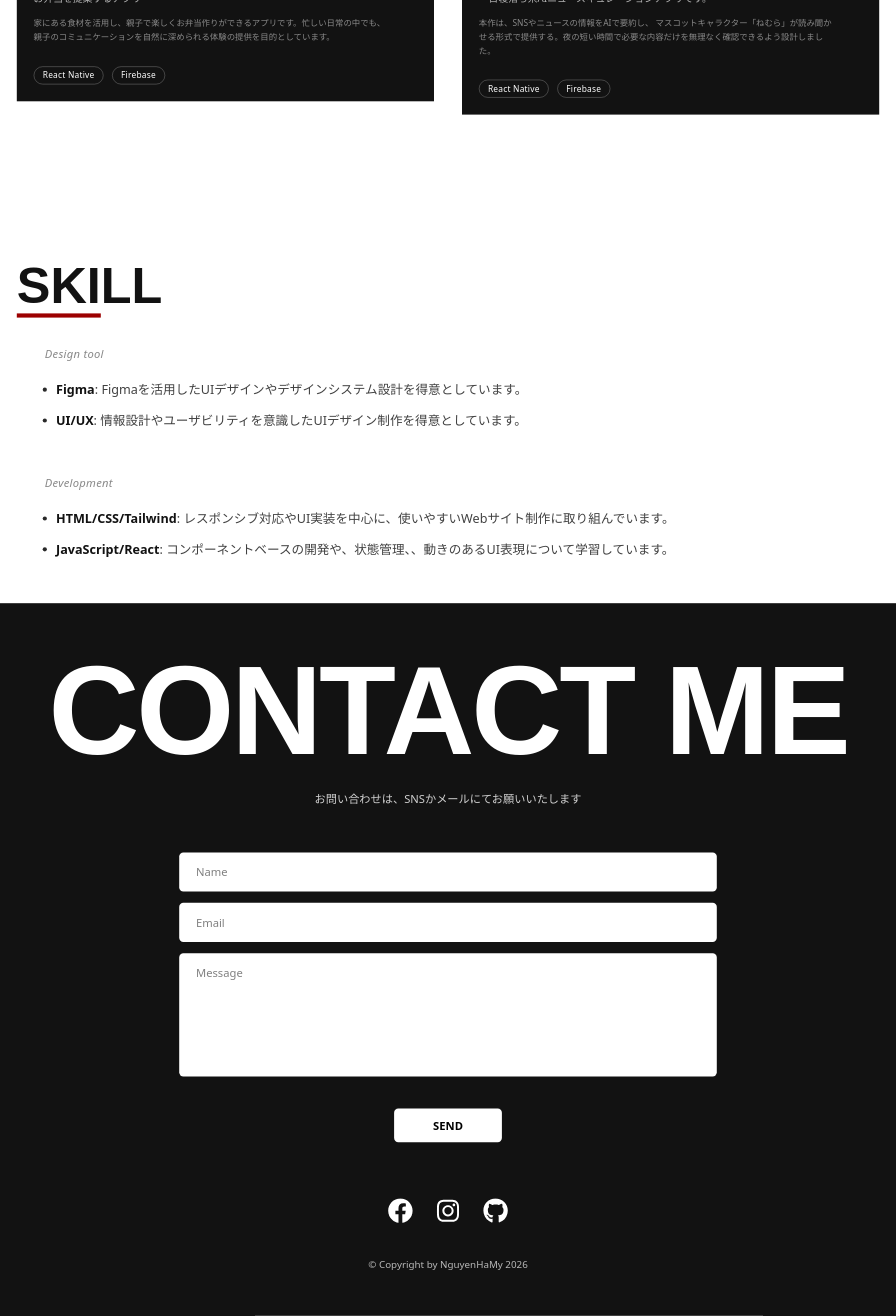
Repository: meme2603/Portfolio-HaMy
Page: / (app in my-portfolio/)
These files come from the project's save history. The page is drawn as it stood at one moment and after the next save; the edit follows.
The browser window is 1280 px wide. The pictures show the part of the page from y = 4434 to 6354 px (the page is 6314 px tall before and 6354 px after), at 70% of full size.
Some web fonts or font styles are not loaded; a fallback is used. The project was rebuilt for these pictures with package versions that can differ from the ones it lists, and the page was loaded fresh each time. Also part of the build but not shown: my-portfolio/vite.config.js.

Above is the page before, as saved 2026-05-29 14:49:25.

### my-portfolio/index.html
<!doctype html>
<html lang="ja">
  <head>
    <meta charset="UTF-8" />

    <link rel="icon" type="image/png" href="/memex2.png" />
    <meta name="viewport" content="width=device-width, initial-scale=1.0" />
    <title>My Portfolio</title>
    <link rel="preconnect" href="https://fonts.googleapis.com" />
    <link rel="preconnect" href="https://fonts.gstatic.com" crossorigin />
    <link
      href="https://fonts.googleapis.com/css2?family=Akshar:wght@300..700&family=Poppins:wght@300;400;600;700&display=swap"
      rel="stylesheet"
    />
  </head>
  <body>
    <div id="root"></div>

    <script type="module" src="/src/main.jsx"></script>
  </body>
</html>

### my-portfolio/src/main.jsx
import React from "react";
import ReactDOM from "react-dom/client";
import App from "./App";
import "./index.css";

ReactDOM.createRoot(document.getElementById("root")).render(
  <React.StrictMode>
    <App />
  </React.StrictMode>,
);

### my-portfolio/src/App.jsx
import Header from "./components/Header";
import Hero from "./components/Hero";
import About from "./components/About";
import Projects from "./components/Projects";
import Skills from "./components/Skills";
import Contact from "./components/Contact";
function App() {
  return (
    <div className="App">
      <Header />
      <Hero />
      <About />
      <Projects />
      <Skills />
      <Contact />
    </div>
  );
}

export default App;

### my-portfolio/src/index.css
@import "tailwindcss";
@theme {
  --color-primary: #9c0000;
  --color-background: #fff;
  --color-font: #121212;

  --opacity-overlay: 0.65;
  --opacity-glass: 0.1;

  --font-poppins: "Poppins", sans-serif;
  --font-akshar: "Akshar", sans-serif;
}

### my-portfolio/src/components/Header.jsx
import { useState } from "react";
function MenuItem({ text }) {
  return (
    <li>
      <a
        href={`#${text.toLowerCase()}`}
        className="text-primary text-xl relative group transition-colors"
      >
        {text}
        <span
          className="
            absolute left-0 -bottom-[4px] w-0 h-[1px] bg-primary
            transition-all duration-300 group-hover:w-full
          "
        ></span>
      </a>
    </li>
  );
}

function Header() {
  const [isOpen, setIsOpen] = useState(false);
  const menuItems = ["About", "Projects", "Contact"];
  return (
    <header className="fixed top-0 left-0 w-full h-24 bg-background border-b border-gray-300 z-60">
      <div className="max-w-7xl mx-auto h-full px-6 flex justify-between items-center">
        <div className="shrink-0">
          <a
            href="/"
            className="text-4xl text-primary font-semibold font-akshar"
          >
            HA MY
          </a>
        </div>

        <nav className="hidden lg:block">
          <ul className="flex space-x-10">
            {menuItems.map((item) => (
              <MenuItem key={item} text={item} />
            ))}
          </ul>
        </nav>

        <button
          onClick={() => setIsOpen(!isOpen)}
          className="block lg:hidden text-primary focus:outline-none z-50"
          aria-label="Menu"
        >
          <svg
            xmlns="http://www.w3.org/2000/svg"
            className="h-8 w-8"
            fill="none"
            viewBox="0 0 24 24"
            stroke="currentColor"
          >
            <path
              strokeLinecap="round"
              strokeLinejoin="round"
              strokeWidth="2"
              d={isOpen ? "M6 18L18 6M6 6l12 12" : "M4 6h16M4 12h16M4 18h16"}
            />
          </svg>
        </button>

        <div
          className={`
            absolute top-24 left-0 w-full bg-background border-b border-gray-300
            flex flex-col items-center shadow-lg lg:hidden
            overflow-hidden transition-all duration-700 ease-in-out
            ${isOpen ? "max-h-96 opacity-100 py-8 space-y-6" : "max-h-0 opacity-0 py-0 space-y-0 border-none"}
          `}
        >
          <div className="flex flex-col items-center w-full py-6 space-y-6">
            <a
              href="#about"
              onClick={() => setIsOpen(false)}
              className="text-primary text-2xl transition-opacity duration-700"
            >
              About
            </a>
            <a
              href="#projects"
              onClick={() => setIsOpen(false)}
              className="text-primary text-2xl transition-opacity duration-700"
            >
              Projects
            </a>
            <a
              href="#contact"
              onClick={() => setIsOpen(false)}
              className="text-primary text-2xl transition-opacity duration-700"
            >
              Contact
            </a>
          </div>
        </div>
      </div>
    </header>
  );
}

export default Header;

### my-portfolio/src/components/Hero.jsx
import avatarImg from "../assets/avatar.png";
function Hero() {
  return (
    <section className="relative w-full h-[calc(100vh-88px)] mt-24 bg-background overflow-hidden flex flex-col items-center pb-16">
      <div className="w-full pt-10 pb-5 z-20">
        <h1
          className="
            text-[90px]
            md:text-[140px]
            lg:text-[210px]
            font-bold
            font-akshar
            text-center
            leading-[0.7]
            text-font
            tracking-tighter
          "
        >
          PORTFOLIO
        </h1>
      </div>

      <div className="relative w-full max-w-[1440px] flex flex-col md:flex-row items-center md:items-end justify-center z-30">
        {/* LEFT */}
        <div className="flex-1 flex justify-center pb-8 md:pb-60 lg:pb-80">
          <div className="flex flex-col items-center text-center space-y-2">
            <p className="text-sm md:text-base lg:text-lg font-poppins">Hi!</p>

            <p className="text-sm md:text-base lg:text-lg font-poppins">
              My name is{" "}
              <span className="font-semibold text-base md:text-lg lg:text-xl font-poppins">
                NGUYEN THI HA MY
              </span>
            </p>

            <p className="text-base md:text-lg lg:text-xl font-light">
              I'm from VietNam
            </p>
          </div>
        </div>

        <div className="relative flex justify-center shrink-0">
          <img
            src={avatarImg}
            alt="Ha My"
            className="
              block
              h-[320px]
              md:h-[460px]
              lg:h-[601px]
              object-cover

            "
          />
        </div>

        <div className="flex-1 flex justify-center pb-8 md:pb-60 lg:pb-80">
          <div className="flex flex-col text-center space-y-2">
            <p className="text-base md:text-lg lg:text-xl font-light">
              I'm{" "}
              <span className="font-semibold text-base md:text-lg lg:text-xl">
                UI/UX Designer
              </span>{" "}
              and
            </p>

            <p className="text-base md:text-lg lg:text-xl font-semibold font-poppins">
              Design Engineer
            </p>

            <p className="text-sm md:text-base lg:text-lg font-light font-poppins">
              Now I'm living in Japan.
            </p>
          </div>
        </div>
      </div>
      <div className="absolute h-13 bottom-0 left-0 w-full bg-font py-3 md:py-4"></div>
      <div className="relative w-full mt-0 md:mt-0 lg:-mt-40 z-40">
        <div className="relative flex justify-center leading-none -mb-8 lg:-mb-12">
          <span
            className="
              absolute
              inset-0
              flex
              justify-center
              translate-x-[4px]
              translate-y-[4px]
              lg:text-[200px]
              md:text-[110px]
              sm:text-[80px]
              font-bold
              font-akshar
              tracking-tighter
              text-font
            "
          >
            Designer
          </span>

          <h2
            className="
              relative
              lg:text-[200px]
              md:text-[110px]
              sm:text-[80px]
              font-bold
              font-akshar
              tracking-tighter
              text-primary
            "
          >
            Designer
          </h2>
        </div>
      </div>

      {/* <div
        className="absolute
                  bottom-3
                  left-1/2
                  -translate-x-1/2
                  z-50
                  px-10
                  py-0.5"
      >
        <p className="text-background text-center text-[10px] md:text-xs font-light tracking-[2px]">
          This is my portfolio. Hope you enjoy it !
        </p>
      </div> */}
    </section>
  );
}

export default Hero;

### my-portfolio/src/components/About.jsx
import aboutImg from "../assets/about.jpg";
function About() {
  return (
    <section className="relative w-full h-auto py-24 bg-background overflow-hidden mt-16">
      <div className="max-w-7xl mx-auto px-6 md:px-10">
        {/* TITLE */}
        <div className="mb-16">
          <h1 className="text-5xl md:text-6xl lg:text-7xl font-bold font-akshar text-font leading-none">
            ABOUT ME
          </h1>

          <div className="w-[80px] md:w-[100px] lg:w-[120px] lg:h-[6px] md:h-[5px] h-[4px] bg-primary mt-1"></div>
        </div>

        {/* CONTENT */}
        <div className="flex flex-col lg:flex-row items-center lg:items-start gap-16">
          {/* LEFT */}
          <div className="w-full lg:w-[380px] shrink-0">
            <div className="bg-white rounded-2xl shadow-md p-5">
              <img
                src={aboutImg}
                alt="About Me"
                className="w-full  h-[300px] object-cover rounded-xl"
              />

              <div className="mt-5">
                <h2 className="text-3xl font-akshar font-bold tracking-wide text-font">
                  NGUYEN THI HA MY
                </h2>

                <p className="text-font/70 text-lg mt-1">2001.03.30</p>
              </div>

              <div className="flex gap-3 mt-6">
                <span className="border border-font rounded-full px-4 py-2 text-sm">
                  UI/UX Designer
                </span>

                <span className="border border-font rounded-full px-4 py-2 text-sm">
                  Design Engineer
                </span>
              </div>
            </div>
          </div>

          {/* RIGHT */}
          <div className="flex-1 max-w-[760px]">
            <h2 className="text-2xl md:text-3xl font-semibold font-akshar text-primary tracking-[4px] mb-8">
              PROFILE!!
            </h2>

            <div className="space-y-6 text-font leading-[2.2] text-sm md:text-base lg:text-lg">
              <p>
                ベトナム出身の
                <span className="font-semibold">
                  グエン ティ ハ ミー（ NGUYEN THI HA MY）
                </span>
                です。
              </p>

              <p>
                現在は専門学校で、
                <span className="font-semibold">デザインやコーディング </span>
                について学びながらWeb制作やフロントエンド技術の基礎を学んでおります。
              </p>

              <p>
                2021年に来日し、最初の1年間は日本語学校で日本語を学びました。
                <br />
                その後、ビジネス専門学校に進学し、日本の文化やビジネスマナー、コミュニケーション力を身につけてまいりました。
                その中で、コンピュータの授業を通して、Webデザインという職業があることを初めて知り、興味を持つようになりました。
              </p>

              <p>
                留学生として日本とベトナム両方の文化に触れてきた経験を活かし、将来はユーザーの多様な視点やニーズを理解し、最適な体験をデザインする
                <span className="font-semibold text-primary text-xl">
                  UI/UXデザイナー
                </span>
                を目指しております。
              </p>
            </div>
          </div>
        </div>
      </div>
    </section>
  );
}
export default About;

### my-portfolio/src/components/Projects.jsx
import ProjectSection from "./ProjectSection";
import { websiteProjects, appProjects } from "./ProjectsData";

function Projects() {
  return (
    <section className="pt-20 bg-background">
      <div className="max-w-7xl mx-auto px-6">
        <h1 className="text-5xl md:text-6xl lg:text-7xl font-akshar font-bold text-font">
          PROJECTS
        </h1>
        <div className="w-[80px] md:w-[100px] lg:w-[120px] lg:h-[6px] md:h-[5px] h-[4px] bg-primary mt-1 mb-20"></div>
        <ProjectSection
          title="Website Design"
          description="学校で学んだ知識を活かし、企画からデザイン、コーディングまで一貫して制作したWebプロジェクトです。"
          projects={websiteProjects}
        />
        <ProjectSection
          title="Application Design"
          description="チームプロジェクトとして、企画からUI/UX設計までチームで共同制作したモバイルアプリです。"
          projects={appProjects}
        />
      </div>
    </section>
  );
}

export default Projects;

### my-portfolio/src/components/Skills.jsx
import { skillData } from "./ProjectsData";

function Skill() {
  return (
    <section className="w-full pt-20 pb-16">
      <div className="max-w-7xl mx-auto px-6 pb-10">
        <h2 className="text-5xl md:text-6xl lg:text-7xl font-bold font-akshar text-font leading-none">
          SKILL
        </h2>

        <div className="w-[80px] md:w-[100px] lg:w-[120px] lg:h-[6px] md:h-[5px] h-[4px] bg-primary mt-1"></div>
      </div>

      <div className="max-w-7xl mx-auto px-16 space-y-16">
        {skillData.map((group, index) => (
          <div key={index}>
            <h3 className="text-base font-medium text-font/50 mb-6 tracking-wide italic">
              {group.category}
            </h3>

            <ul className="space-y-4 pl-4">
              {group.skills.map((skill, sIndex) => (
                <li key={sIndex} className="list-disc text-font/90 text-lg">
                  <span className="font-bold text-font">{skill.name}</span>
                  <span className="text-font/80 font-light">
                    : {skill.status} {skill.desc}
                  </span>
                </li>
              ))}
            </ul>
          </div>
        ))}
      </div>
    </section>
  );
}

export default Skill;

### my-portfolio/src/components/Contact.jsx
import { FaFacebook, FaInstagram, FaGithub } from "react-icons/fa";

function Contact() {
  return (
    <section className="bg-font text-background py-16 overflow-hidden">
      <div className="max-w-7xl mx-auto px-6">
        <h1
          className="
                text-center
                font-akshar
                font-bold
                leading-none
                tracking-tight
                text-[70px]
                sm:text-[100px]
                md:text-[140px]
                lg:text-[180px]
                "
        >
          CONTACT ME
        </h1>
        <p
          className="
                text-center
                text-sm
                md:text-base
                text-white/80

                mt-6
                mb-16
                "
        >
          お問い合わせは、SNSかメールにてお願いいたします
        </p>
        <form className="max-w-3xl mx-auto">
          <input
            type="text"
            placeholder="Name"
            className="
                    w-full
                    bg-white
                    text-black
                    rounded-md
                    px-6
                    py-4
                    mb-4
                    outline-none
                "
          />
          <input
            type="email"
            placeholder="Email"
            className="
                    w-full
                    bg-white
                    text-black
                    rounded-md
                    px-6
                    py-4
                    mb-4
                    outline-none
                "
          />
          <textarea
            placeholder="Message"
            rows="6"
            className="
                    w-full
                    bg-white
                    text-black
                    rounded-md
                    px-6
                    py-4
                    outline-none
                    resize-none
                "
          ></textarea>
          <div className="flex justify-center mt-10">
            <button
              className="
                    bg-white
                    text-black
                    px-14
                    py-3
                    rounded-md
                    font-semibold
                    transition-all
                    duration-300
                    hover:scale-105
                    "
            >
              SEND
            </button>
          </div>
        </form>
        <div className="flex justify-center gap-8 mt-20 text-4xl">
          <a href="/" className="hover:scale-110 transition-all duration-300">
            <FaFacebook />
          </a>

          <a href="/" className="hover:scale-110 transition-all duration-300">
            <FaInstagram />
          </a>

          <a href="/" className="hover:scale-110 transition-all duration-300">
            <FaGithub />
          </a>
        </div>

        {/* COPYRIGHT */}
        <p
          className="
                text-center
                text-sm
                text-white/70

                mt-12
                "
        >
          © Copyright by NguyenHaMy 2026
        </p>
      </div>
    </section>
  );
}

export default Contact;

### my-portfolio/src/components/ProjectSection.jsx
import ProjectCard from "./ProjectCard";

function ProjectSection({ title, description, projects }) {
  return (
    <section className="mb-32">
      <h2
        className="
          text-[32px]
          leading-none
          font-bold
          font-akshar
          tracking-tight
          text-primary
        "
      >
        {title}
      </h2>

      <p
        className="
          mt-4
          text-font/70
          leading-relaxed
        "
      >
        {description}
      </p>

      <div className="grid grid-cols-1 md:grid-cols-2 gap-10 mt-14">
        {projects.slice(0, 4).map((project, index) => (
          <ProjectCard
            key={index}
            year={project.year}
            title={project.title}
            titleJP={project.titleJP}
            description={project.desc}
            tags={project.tags}
            image={project.img}
          />
        ))}
      </div>
    </section>
  );
}

export default ProjectSection;

### my-portfolio/src/components/ProjectsData.js
// projectsData.js
// 1. Import ảnh ở đầu file để JS hiểu đường dẫn
import portfoliothumb from "../assets/portfoliothumb.jpg";
import coffeethumb from "../assets/coffeethumb.jpg";
import sneakerthumb from "../assets/sneakerthumb.jpg";
import okayamathumb from "../assets/okayamathumb.jpg";
import nemurathumb from "../assets/nemurathumb.jpg";
import easycookthumb from "../assets/easycookthumb.jpg";

export const websiteProjects = [
  {
    year: "2025",
    title: "Coffee Shop",
    titleJP: "カフェショップサイト",
    desc: "家族みんなが安心して過ごせるカフェをテーマに、Webサイトを制作しました。",
    tags: ["Figma", "HTML", "CSS", "JavaScript"],
    img: coffeethumb,
  },
  {
    year: "2026",
    title: "Portfolio.",
    titleJP: "ポートフォリオ",
    desc: "就職活動のために制作したポートフォリオサイトです。",
    tags: ["Figma", "React", "Tailwind"],
    img: portfoliothumb,
  },
  {
    year: "2025",
    title: "Sneaker LP",
    titleJP: "スニーカーLP",
    desc: "新作スニーカーの販売に向けた、ランディングページを制作しました。",
    tags: ["Figma", "HTML", "SCSS"],
    img: sneakerthumb,
  },
  {
    year: "2025",
    title: "Okayama kankou",
    titleJP: "観光サイト",
    desc: "昔話「桃太郎」をテーマに、岡山の伝説・史実・文化を体験できる観光サイトを制作しました。",
    tags: ["Figma", "UI/UX"],
    img: okayamathumb,
  },
];

export const appProjects = [
  {
    year: "2025",
    title: "EASY COOK APP",
    titleJP: "お弁当を提案するアプリ",
    desc: "家にある食材を活用し、親子で楽しくお弁当作りができるアプリです。忙しい日常の中でも、親子のコミュニケーションを自然に深められる体験の提供を目的としています。",
    tags: ["React Native", "Firebase"],
    img: easycookthumb,
  },
  {
    year: "2025-2026",
    title: "Nemura APP",
    titleJP: "一日寝落ち系AIニュースキュレーションアプリです。",
    desc: "本作は、SNSやニュースの情報をAIで要約し、 マスコットキャラクター「ねむら」が読み聞かせる形式で提供する。夜の短い時間で必要な内容だけを無理なく確認できるよう設計しました。",
    tags: ["React Native", "Firebase"],
    img: nemurathumb,
  },
];

// skillsData.js
export const skillData = [
  {
    category: "Design tool",
    skills: [
      {
        name: "Figma",
        // status: "上級",
        desc: "Figmaを活用したUIデザインやデザインシステム設計を得意としています。",
      },
      {
        name: "UI/UX",
        // status: "上級",
        desc: "情報設計やユーザビリティを意識したUIデザイン制作を得意としています。",
      },
    ],
  },
  {
    category: "Development",
    skills: [
      {
        name: "HTML/CSS/Tailwind",
        // status: "基礎レベル",
        desc: "レスポンシブ対応やUI実装を中心に、使いやすいWebサイト制作に取り組んでいます。",
      },
      {
        name: "JavaScript/React",
        // status: "基礎知識・学習中",
        desc: "コンポーネントベースの開発や、状態管理、、動きのあるUI表現について学習しています。",
      },
    ],
  },
];

### my-portfolio/src/components/ProjectCard.jsx
// ProjectCard = component dùng để hiển thị 1 project card
function ProjectCard({ year, title, titleJP, description, tags, image }) {
  return (
    <div className="group cursor-pointer ">
      <div className="overflow-hidden bg-font">
        <img
          src={image}
          alt={title}
          className="
            w-full
            object-cover
            transition-all
            duration-500
            group-hover:scale-105
            group-hover:opacity-90
          "
        />
      </div>

      {/* INFO */}
      <div className="bg-font text-background px-6 py-6 ">
        <div className="flex items-start justify-between">
          <div>
            {/* ĐIỀN NĂM VÀO ĐÂY */}
            <p className="text-[12px] tracking-[2px] text-background/60 ">
              {year}
            </p>

            {/* ĐIỀN TIÊU ĐỀ VÀO ĐÂY */}
            <h3
              className="
                text-[40px]
                leading-none
                font-bold
                font-akshar
                tracking-tight
                mt-2
              "
            >
              {title}
            </h3>

            {/* ĐIỀN TIẾNG NHẬT VÀO ĐÂY */}
            <p className="text-sm text-background/70 mt-2">{titleJP}</p>

            {/* ĐIỀN MÔ TẢ VÀO ĐÂY */}
            <p className="text-xs text-background/50 leading-relaxed mt-4">
              {description}
            </p>
          </div>

          <div
            className="
              text-3xl
              transition-transform
              duration-300
              group-hover:translate-x-1
              group-hover:-translate-y-1
            "
          >
            ↗
          </div>
        </div>

        {/* BOTTOM - CHỖ NÀY ĐỂ HIỆN TAGS TỰ ĐỘNG NÈ */}
        <div className="mt-8 flex items-center gap-3 flex-wrap">
          {tags &&
            tags.map((tag, index) => (
              <span
                key={index}
                className="
                border
                border-background/30
                rounded-full
                px-3
                py-1
                text-xs
                tracking-wide
              "
              >
                {tag}
              </span>
            ))}
        </div>
      </div>
    </div>
  );
}

export default ProjectCard;

After the next save:
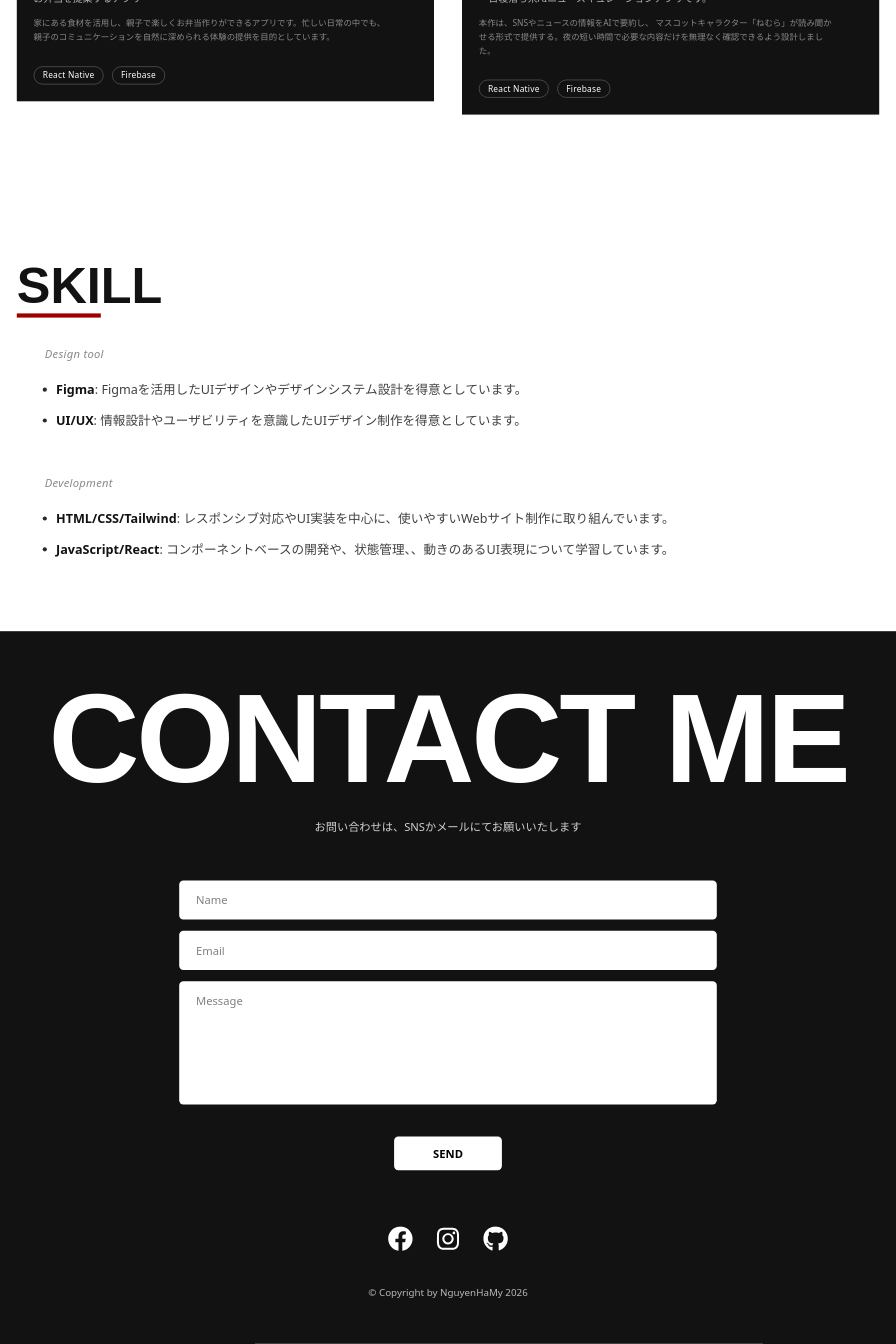
Saved 14 s later.
--- a/my-portfolio/src/components/Contact.jsx
+++ b/my-portfolio/src/components/Contact.jsx
@@ -2,7 +2,7 @@ import { FaFacebook, FaInstagram, FaGithub } from "react-icons/fa";
 
 function Contact() {
   return (
-    <section className="bg-font text-background py-16 overflow-hidden">
+    <section className="bg-font text-background py-16 overflow-hidden mt-10">
       <div className="max-w-7xl mx-auto px-6">
         <h1
           className="
